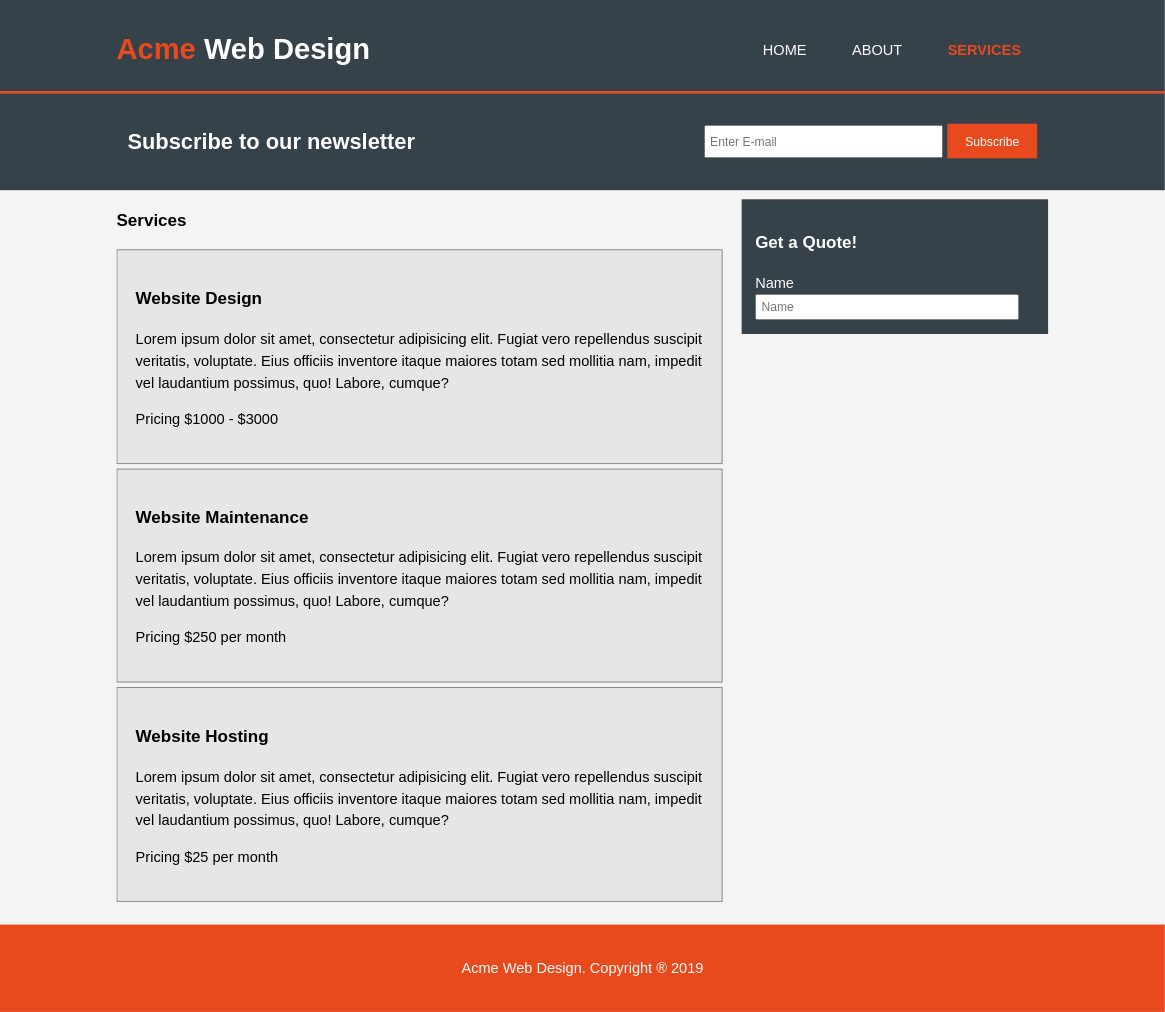
Repository: soloestuardo/bootstrap
Page: proyectos/yout/services.html
The author's editor kept a record of every edit. The page is drawn from the files as they stood at one moment, then again after the next edit.
The browser window is 1280 px wide. The pictures show the whole page, at 91% of full size.
Some web libraries are served in a nearby version.

Above is the page before.

After the next edit:
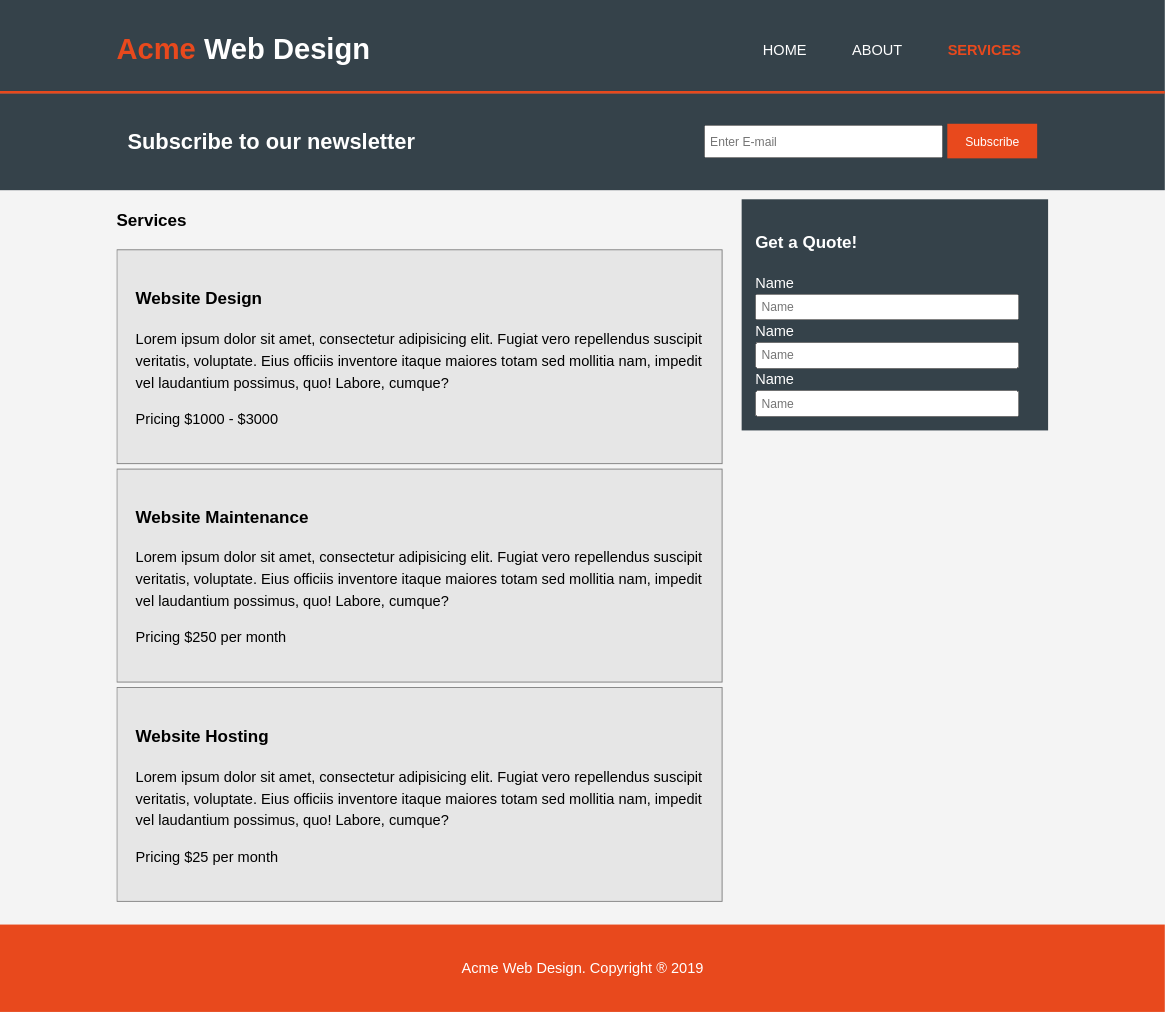
The edit:
--- a/proyectos/yout/services.html
+++ b/proyectos/yout/services.html
@@ -82,6 +82,15 @@
                         <input type="text" placeholder="Name">
                     </div>
 
+                    <div>
+                        <label>Name</label><br>
+                        <input type="text" placeholder="Name">
+                    </div>
+
+                    <div>
+                        <label>Name</label><br>
+                        <input type="text" placeholder="Name">
+                    </div>
                 </form>
             </aside>
         </div>
